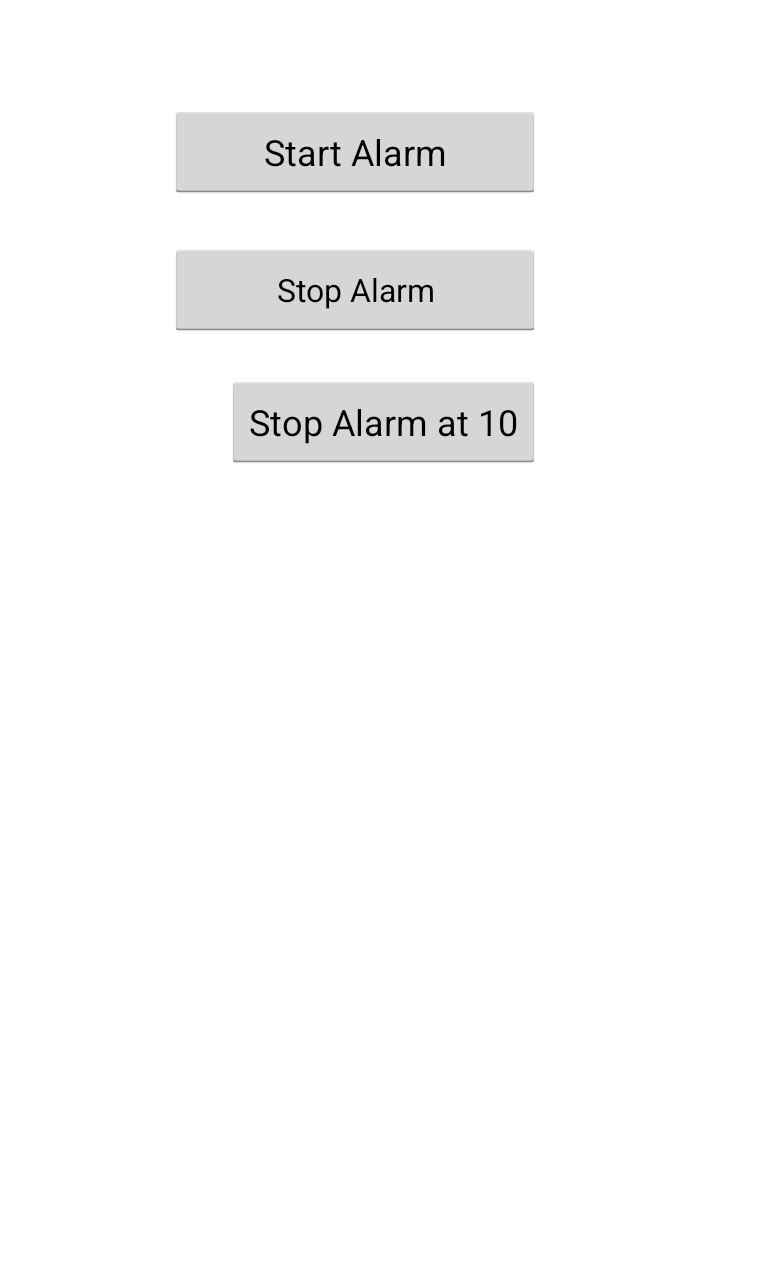
Repository: vinothknr1/aamec-mad-lab
Layout: alarm-app-1/res/layout/activity_main.xml
The author's editor kept a copy of each file at every save. The layout is drawn from the files as they stood at one save, then again after the next save.
It is drawn on a 768 x 1280 px phone screen (xhdpi) without system bars, with theme AppTheme; the app's code is not run.

Above is the layout before, as saved 2022-06-26 07:57:13.

After the next save:
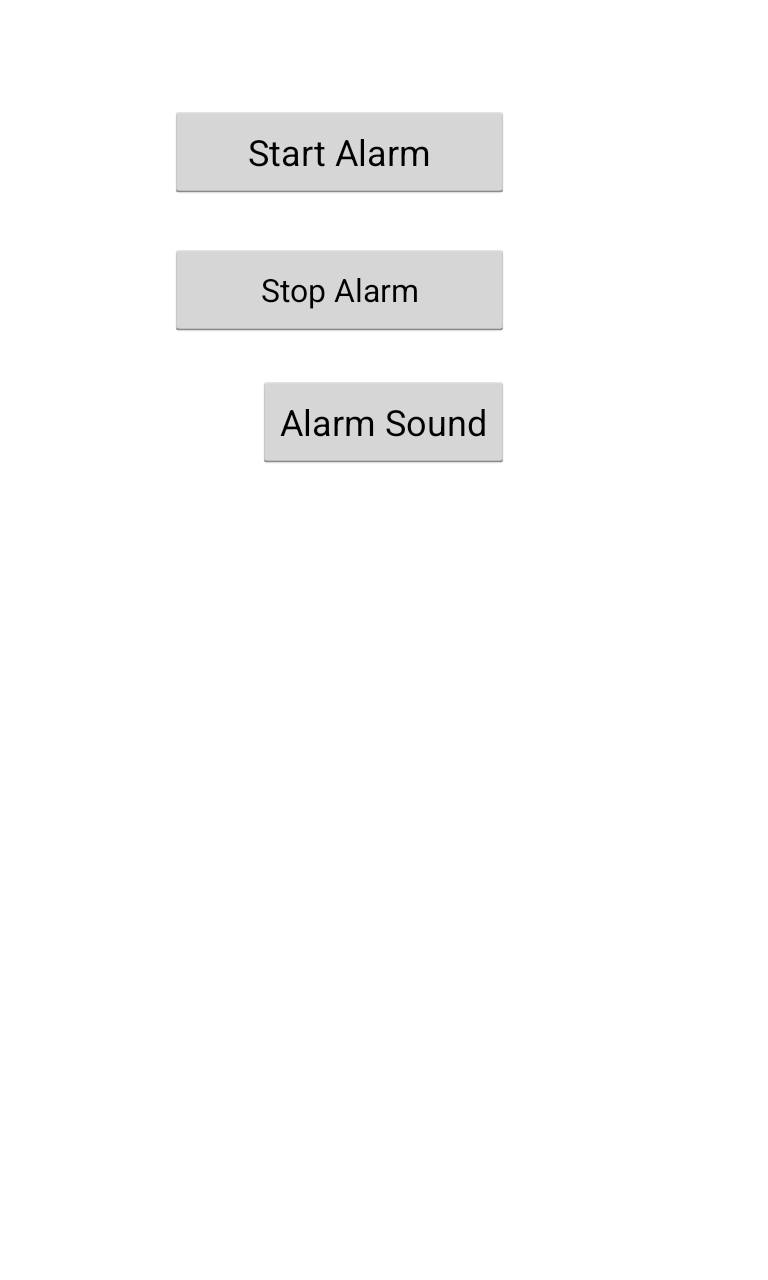
Saved 8 min 41 s later.
--- a/alarm-app-1/res/layout/activity_main.xml
+++ b/alarm-app-1/res/layout/activity_main.xml
@@ -38,6 +38,6 @@
      android:layout_below="@+id/button2"
      android:layout_centerHorizontal="true"
      android:layout_marginTop="18dp"
-     android:text="Stop Alarm at 10" />
+     android:text="Alarm Sound" />
 
 </RelativeLayout>
